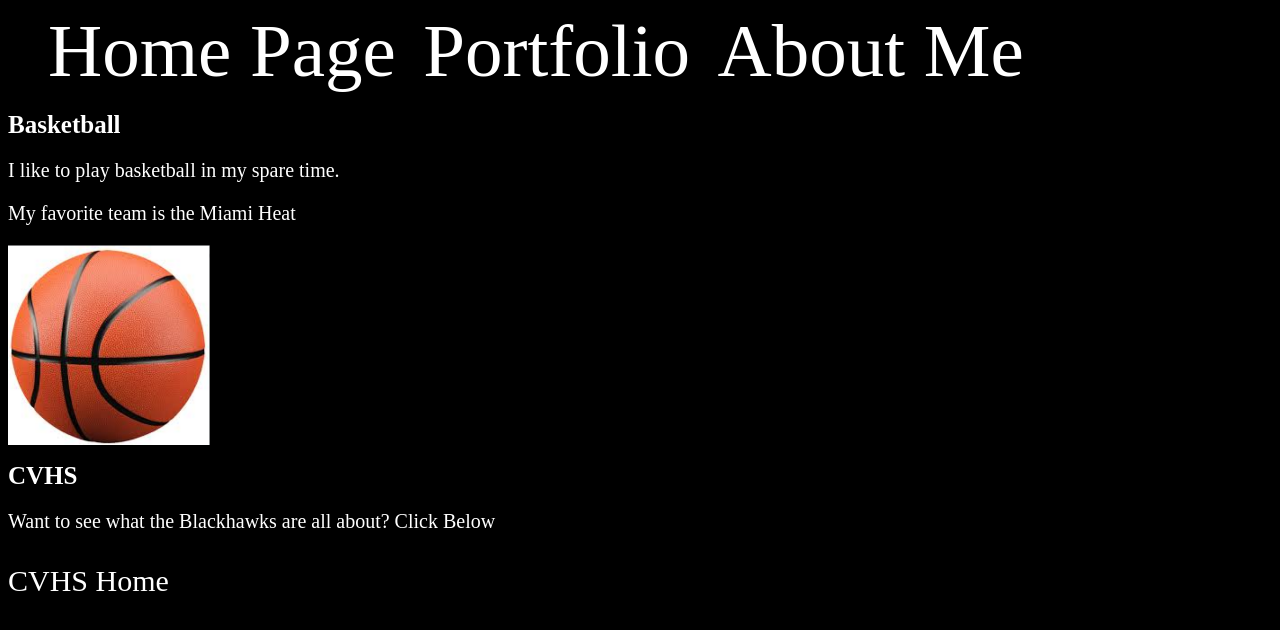
Repository: jacobhayman22/jacobhayman22.github.io
Page: about.html
The author's editor kept a record of every edit. The page is drawn from the files as they stood at one moment, then again after the next edit.
The browser window is 1280 px wide. The pictures show the whole page.

Above is the page before.

After the next edit:
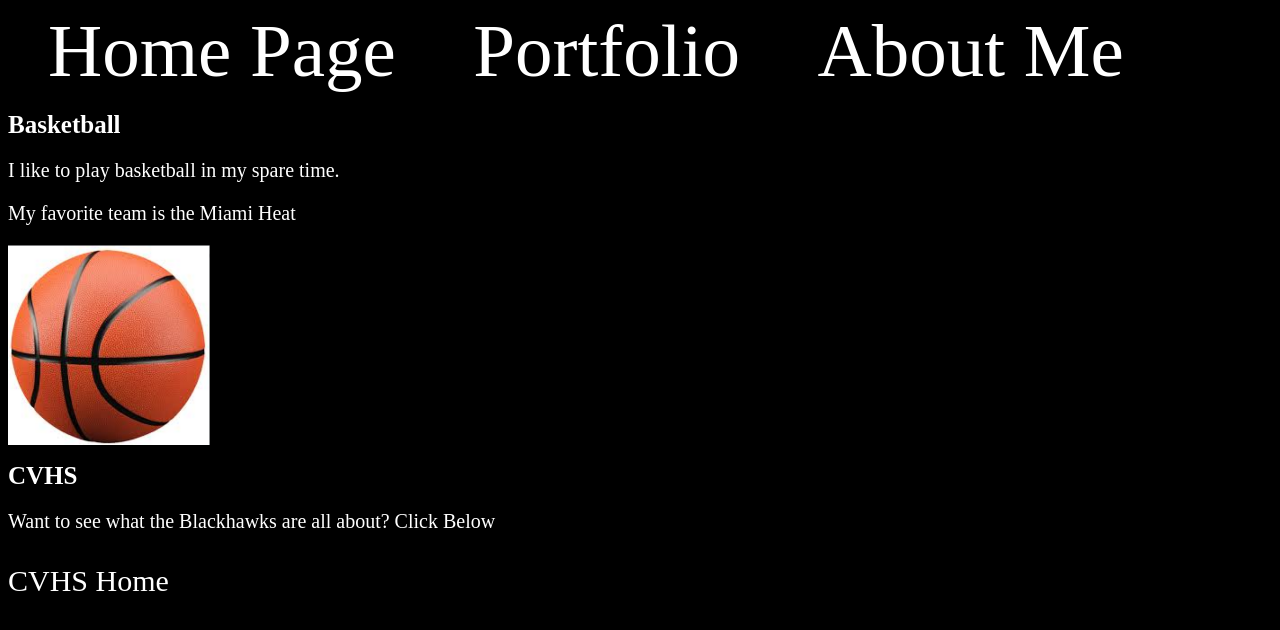
The edit:
--- a/style.css
+++ b/style.css
@@ -24,7 +24,7 @@
 
    li {
     display: inline;
-    padding-right: S0px;
+    padding-right: 50px;
     margin-right: 25px;
    }
 
